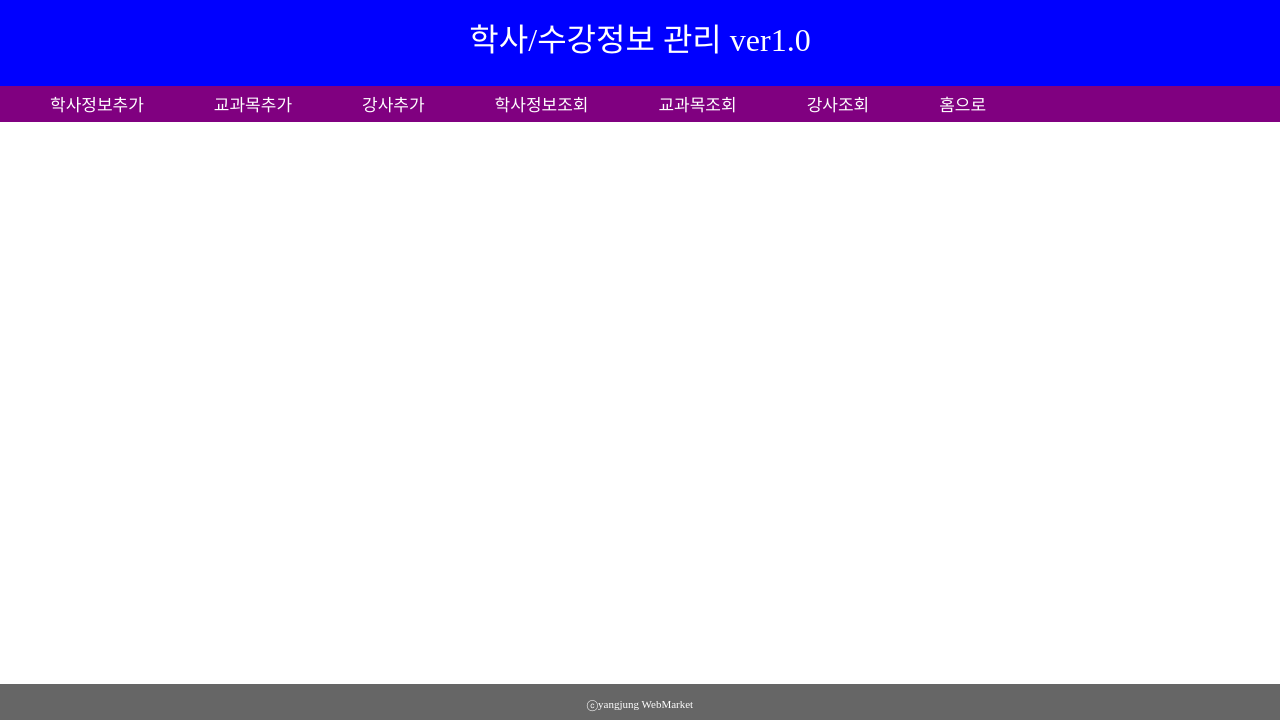
Repository: cccf777/-
Page: http://localhost/D0428/shop/index.jsp
An editor plug-in stored every save of this project. The page is shown before and after the next save, followed by the edit.
The browser window is 1280 px wide. The pictures show the whole page.
The page is served by Tomcat 9.

Above is the page before, as saved 2021-04-28 01:27:01.

### workspace/D0428/src/main/webapp/shop/index.jsp
<%@ page language="java" contentType="text/html; charset=UTF-8"
    pageEncoding="UTF-8"%>
    <%@ page import="java.sql.*" %>
<!DOCTYPE html>
<html>
<head>
<meta charset="UTF-8">
<title>Insert title here</title>
</head>
<body>

<%@ include file="header.jsp" %>
<%@ include file="nav.jsp" %>
<section>

</section>
<%@ include file="footer.jsp" %>
</body>
</html>

### workspace/D0428/src/main/webapp/shop/header.jsp
<%@ page language="java" contentType="text/html; charset=UTF-8"
    pageEncoding="UTF-8"%>
<!DOCTYPE html>
<html>
<head>
<meta charset="UTF-8">
<title>Insert title here</title>
<link rel="stylesheet" href="common.css">
</head>
<body>
<header>학사/수강정보 관리 ver1.0

</header>
</body>
</html>

### workspace/D0428/src/main/webapp/shop/nav.jsp
<%@ page language="java" contentType="text/html; charset=UTF-8"
    pageEncoding="UTF-8"%>
<!DOCTYPE html>
<html>
<head>
<meta charset="UTF-8">
<title>Insert title here</title>
<link rel="stylesheet" href="common.css">
</head>
<body>
<nav>
	<ul>
		<li><a href="hakInsert.jsp">학사정보추가</a></li>
		<li><a href="subInsert.jsp">교과목추가</a></li>
		<li><a href="teacherInsert.jsp">강사추가</a></li>
		<li><a href="hakSelect.jsp">학사정보조회</a></li>
		<li><a href="subSelect.jsp">교과목조회</a></li>
		<li><a href="teacherSelect.jsp">강사조회</a></li>
		<li><a href="index.jsp">홈으로</a></li>
	</ul>
</nav>
</body>
</html>

### workspace/D0428/src/main/webapp/shop/footer.jsp
<%@ page language="java" contentType="text/html; charset=UTF-8"
    pageEncoding="UTF-8"%>
<!DOCTYPE html>
<html>
<head>
<meta charset="UTF-8">
<title>Insert title here</title>
<link rel="stylesheet" href="common.css">
</head>
<body>
<footer>
ⓒyangjung WebMarket
</footer>
</body>
</html>

### workspace/D0428/src/main/webapp/shop/common.css
@charset "UTF-8";
header{
	height:12%;
	background:#0000ff;
	color:#ffffff;
	text-align:center;
	line-height:80px;
	font-size:2em;
}

footer{
	height:5%;
	background:#666;
	color:#fff;
	text-align:center;
	line-height:40px;
	font-size:11px;
}
nav{
	height:5%;
	line-height:40px;
	background:purple;
	text-align:left;
}
nav ul{
	display:inline-block;
	list-style-type:none;
}
nav li{
	float:left;
	margin: 0 0 0 30px;
}
nav a{
	display:block;
	color:#ffffff;
	font-size:17px;
	text-decoration:none;
	padding:0 20px;
}

section{
	height:78%;
	width:100%;
	margin:0 auto;
	font-size:13px;
}
*{
	margin:0;
	padding:0;
}
html,body{
	height:100%;
	width:100%;
}

section table{
	width:70%;
	height:50%;
	margin:0 auto;
	border:2px solid black;
}
#table1{
	width:60%;
	height:50%;
	margin:0 auto;
	border:2px solid black;
}
#h3{
	text-align:center;
	padding:0.5% 0;
}
.center{
	text-align: center;
	font-size:1.2em;
}
#id1{
	height:30px;
	width:60%;
}
#t1{
	margin-left:25%;
}

After the next save:
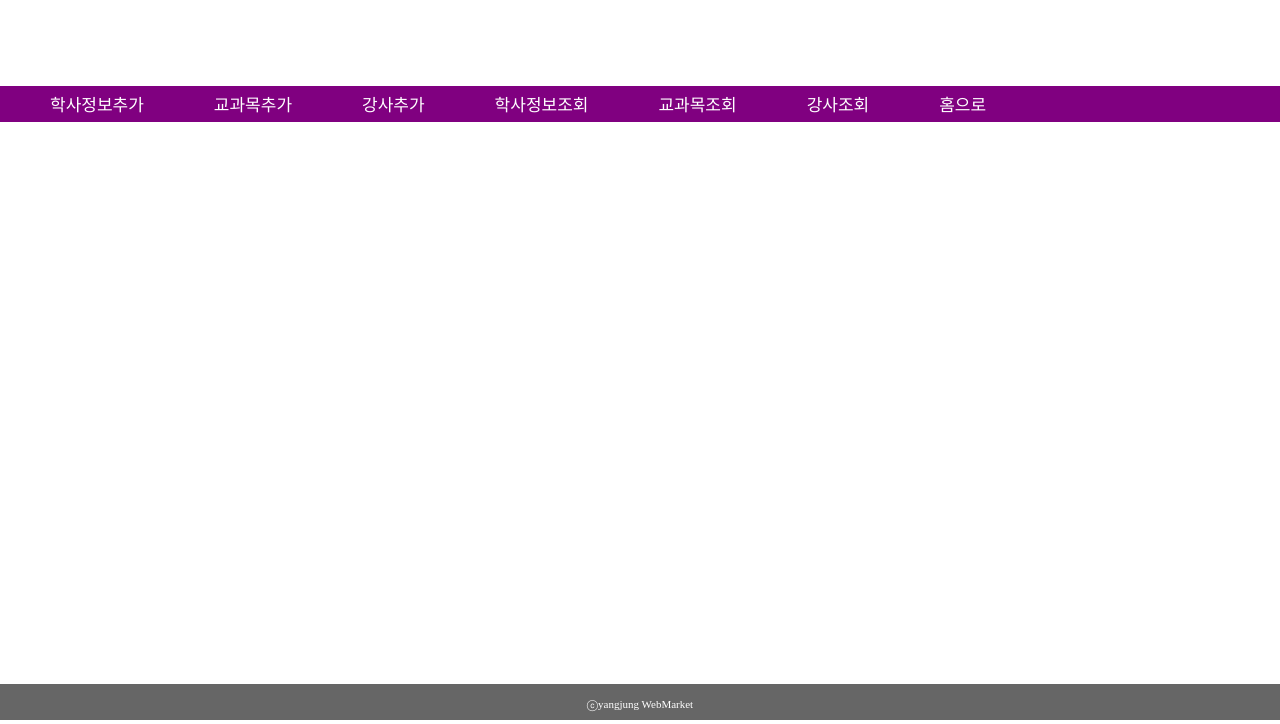
Saved 39 s later.
--- a/workspace/D0428/src/main/webapp/shop/common.css
+++ b/workspace/D0428/src/main/webapp/shop/common.css
@@ -1,7 +1,7 @@
 @charset "UTF-8";
 header{
 	height:12%;
-	background:#0000ff;
+	background:light grey;
 	color:#ffffff;
 	text-align:center;
 	line-height:80px;
